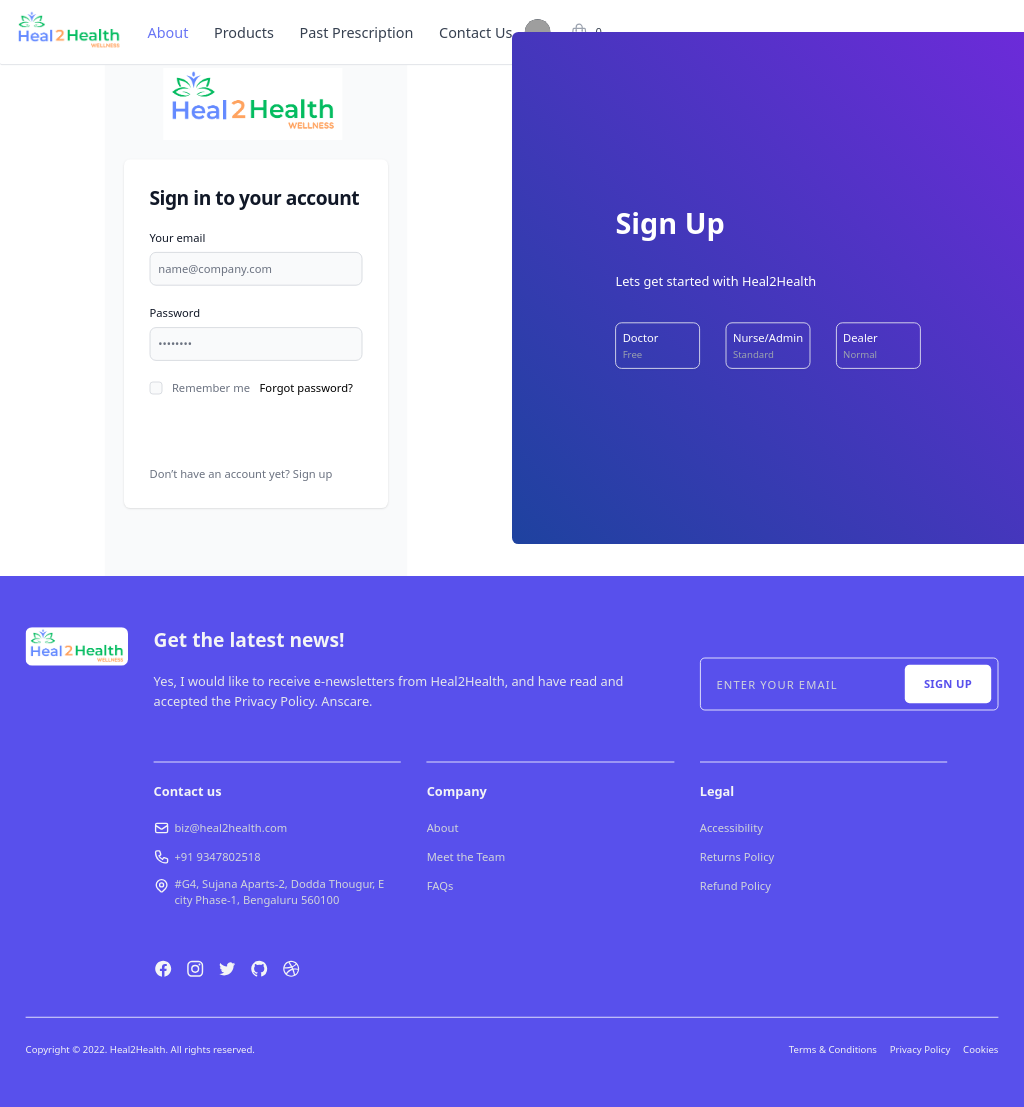
Repository: Akash123-coder/H2H
Page: /login (app in Frontend/)
An editor plug-in stored every save of this project. The page is shown before and after the next save, followed by the edit.
The browser window is 1280 px wide. The pictures show the whole page, at 80% of full size.
Pictures or frames that could not be fetched are drawn as grey boxes. The project was rebuilt for these pictures with package versions that can differ from the ones it lists, and the page was loaded fresh each time. Also part of the build but not shown: Frontend/vite.config.ts, Frontend/src/pages/About.tsx, Frontend/src/components/Cta.jsx, Frontend/src/pages/Home.jsx, Frontend/src/components/Product.tsx, Frontend/src/pages/Prescription.jsx, Frontend/src/pages/SignUp.jsx, Frontend/src/pages/CompanyNameSelect.jsx and 3 more.

Above is the page before, as saved 2022-09-30 22:22:50.

### Frontend/index.html
<!DOCTYPE html>
<html lang="en">
  <head>
    <meta charset="UTF-8" />
    <link rel="icon" type="image/svg+xml" href="/vite.svg" />
    <meta name="viewport" content="width=device-width, initial-scale=1.0" />
    <title>Heal2Health</title>
  </head>
  <body>
    <div id="root"></div>
    <script type="module" src="/src/main.tsx"></script>
  </body>
</html>

### Frontend/src/main.tsx
import React from 'react'
import ReactDOM from 'react-dom/client'
import App from './App'
import './index.css'
import {BrowserRouter} from 'react-router-dom'

ReactDOM.createRoot(document.getElementById('root') as HTMLElement).render(
  <React.StrictMode>
    <BrowserRouter>
    <App />
    </BrowserRouter>
  </React.StrictMode>
)

### Frontend/src/App.jsx
import { Routes, Route } from "react-router-dom";
import Navbar from "./components/Navbar.jsx";
import { ShoppingCartProvider } from "./context/ShoppingCartContext";
import About from "./pages/About";
import Home from "./pages/Home";
import Prescription from "./pages/Prescription";
import SignUp from "./pages/SignUp";
import Footer from "./components/Footer";
import Login from "./pages/Login";
import Cart from "./pages/Cart";
import CompanyNameSelect from "./pages/CompanyNameSelect.jsx";
import PastPrescription from "./pages/PastPrescription.jsx";

function App() {
  return (
    <ShoppingCartProvider>
      <Navbar />
      <Routes>
        <Route path="/" element={<Home />} />
        <Route path="/prescription" element={<Prescription />} />
        <Route path="/about" element={<About />} />
        <Route path="/login" element={<Login />} />
        <Route path="/SignUp" element={<SignUp />} />
        <Route path="/pastprescription" element={<PastPrescription />} />
        {/* <Route path="/SignUp" element={<CompanyNameSelect />} /> */}
      </Routes>
      <Footer />
    </ShoppingCartProvider>
  );
}

export default App;

### Frontend/src/components/Navbar.jsx
// import user from '../assets/user.png'
import { useState } from 'react'
import logo from '../assets/logo.png'
import {NavLink} from 'react-router-dom'
import { ShoppingBagIcon } from "@heroicons/react/24/outline";
import Cart from '../pages/Cart'

function Navbar() {
    const [Active, setActive] = useState(true)

    const showMenu = () =>{
        setActive(!Active)
    }

  return (
    <div>
      <nav className="bg-white border-b-2  px-2 sm:px-4  py-2.5 rounded  fixed top-0  dark:bg-gray-900 ">
        <div className="container flex flex-wrap justify-between items-center mx-auto">
          <a href="/" className="flex items-center ">
            <img
              src={logo}
              className="mr-3 h-16 lg:h-14 sm:h-12"
              alt="Flowbite Logo"
            />
          </a>
          <div className="flex items-center md:order-2">
            <NavLink
              to="/login"
              type="button"
              className="flex mr-3 text-sm bg-gray-800 rounded-full md:mr-0 focus:ring-4 focus:ring-gray-300 dark:focus:ring-gray-600"
              id="user-menu-button"
              aria-expanded="false"
              data-dropdown-toggle="user-dropdown"
              data-dropdown-placement="bottom"
            >
              <span className="sr-only">Open user menu</span>
              <img
                className="w-8 h-8 rounded-full"
                src="https://images.pexels.com/photos/614810/pexels-photo-614810.jpeg?auto=compress&cs=tinysrgb&dpr=1&w=500"
                alt="user photo"
              />
            </NavLink>
            <Cart />

            <button
              data-collapse-toggle="mobile-menu-2"
              type="button"
              className="  inlinkne-flex items-center p-2 ml-1 text-sm text-gray-500 rounded-lg md:hidden hover:bg-gray-100 focus:outlinkne-none focus:ring-2 focus:ring-gray-200 dark:text-gray-400 dark:hover:bg-gray-700 dark:focus:ring-gray-600"
              aria-controls="mobile-menu-2"
              aria-expanded="false"
            >
              <span className="sr-only">Open main menu</span>
              <svg
                className="w-6 h-6"
                aria-hidden="true"
                onClick={showMenu}
                fill="currentColor"
                viewBox="0 0 20 20"
                xmlns="http://www.w3.org/2000/svg"
              >
                <path
                  fill-rule="evenodd"
                  d="M3 5a1 1 0 011-1h12a1 1 0 110 2H4a1 1 0 01-1-1zM3 10a1 1 0 011-1h12a1 1 0 110 2H4a1 1 0 01-1-1zM3 15a1 1 0 011-1h12a1 1 0 110 2H4a1 1 0 01-1-1z"
                  clinkp-rule="evenodd"
                ></path>
              </svg>
            </button>
          </div>
          <div
            className={
              !Active
                ? " justify-between items-center w-full md:flex md:w-auto md:order-1 border-b-stone-500"
                : "hidden"
            }
            id="mobile-menu-2"
          >
            <ul className="flex flex-col p-4 mt-4  bg-gray-50 rounded-lg border border-gray-100 md:flex-row md:space-x-8 md:mt-0 md:text-sm md:font-medium md:border-0 md:bg-white dark:bg-gray-800 md:dark:bg-gray-900 dark:border-gray-700">
              <NavLink to="/">
                <a
                  className="block py-2 pr-4 pl-3 text-lg text-white bg-indigo-700 rounded md:bg-transparent md:text-indigo-700 md:p-0 dark:text-white"
                  aria-current="page "
                  onClick={showMenu}
                >
                  About
                </a>
              </NavLink>
              {/* <NavLink to="/about">
                <a
                  className="block py-2 pr-4 pl-3 text-lg text-gray-700 rounded hover:bg-gray-100 md:hover:bg-transparent md:hover:text-indigo-700 md:p-0 dark:text-gray-400 md:dark:hover:text-white dark:hover:bg-gray-700 dark:hover:text-white md:dark:hover:bg-transparent dark:border-gray-700"
                  onClick={showMenu}
                >
                  About
                </a>
              </NavLink> */}

              <NavLink to="/Prescription">
                <a
                  href="#"
                  className="block py-2 pr-4 pl-3 text-lg text-gray-700 rounded hover:bg-gray-100 md:hover:bg-transparent md:hover:text-indigo-700 md:p-0 dark:text-gray-400 md:dark:hover:text-white dark:hover:bg-gray-700 dark:hover:text-white md:dark:hover:bg-transparent dark:border-gray-700"
                  onClick={showMenu}
                >
                  Products
                </a>
              </NavLink>
              <NavLink to="/PastPrescription">
                <a
                  href="#"
                  className="block py-2 pr-4 pl-3 text-lg text-gray-700 rounded hover:bg-gray-100 md:hover:bg-transparent md:hover:text-indigo-700 md:p-0 dark:text-gray-400 md:dark:hover:text-white dark:hover:bg-gray-700 dark:hover:text-white md:dark:hover:bg-transparent dark:border-gray-700"
                  onClick={showMenu}
                  to="/pastprescription"
                >
                  Past Prescription
                </a>
              </NavLink>

              <a
                href="#contact"
                className="block py-2 pr-4 pl-3 text-lg text-gray-700 rounded hover:bg-gray-100 md:hover:bg-transparent md:hover:text-indigo-700 md:p-0 dark:text-gray-400 md:dark:hover:text-white dark:hover:bg-gray-700 dark:hover:text-white md:dark:hover:bg-transparent dark:border-gray-700"
                onClick={showMenu}
              >
                Contact Us
              </a>
            </ul>
          </div>
          <div
            className={
              "hidden justify-between  items-center w-full md:flex md:w-auto md:order-1"
            }
            id="mobile-menu-2"
          >
            <ul className="flex flex-col p-4 mt-4  bg-gray-50 rounded-lg border border-gray-100 md:flex-row md:space-x-8 md:mt-0 md:text-sm md:font-medium md:border-0 md:bg-white dark:bg-gray-800 md:dark:bg-gray-900 dark:border-gray-700">
              <NavLink to="/">
                <a
                  href="#"
                  className="block py-2 pr-4 pl-3 text-lg text-white bg-indigo-700 rounded md:bg-transparent md:text-indigo-500 md:p-0 dark:text-white"
                  aria-current="page"
                >
                  About
                </a>
              </NavLink>
              {/* <NavLink to="/about">
                <a
                  href="#"
                  className="block py-2 pr-4 pl-3 text-gray-700 rounded text-lg hover:bg-gray-100 md:hover:bg-transparent md:hover:text-indigo-700 md:p-0 dark:text-gray-400 md:dark:hover:text-white dark:hover:bg-gray-700 dark:hover:text-white md:dark:hover:bg-transparent dark:border-gray-700"
                >
                  About
                </a>
              </NavLink> */}

              <NavLink to="/prescription">
                <a
                  href="#"
                  className="block py-2 pr-4 pl-3 text-gray-700 rounded text-lg hover:bg-gray-100 md:hover:bg-transparent md:hover:text-indigo-500 md:p-0 dark:text-gray-400 md:dark:hover:text-white dark:hover:bg-gray-700 dark:hover:text-white md:dark:hover:bg-transparent dark:border-gray-700"
                >
                  Products
                </a>
              </NavLink>
              <NavLink to="/PastPrescription">
                <a
                  href="#"
                  className="block py-2 pr-4 pl-3 text-lg text-gray-700 rounded hover:bg-gray-100 md:hover:bg-transparent md:hover:text-indigo-700 md:p-0 dark:text-gray-400 md:dark:hover:text-white dark:hover:bg-gray-700 dark:hover:text-white md:dark:hover:bg-transparent dark:border-gray-700"
                  to="/pastprescription"
                >
                  Past Prescription
                </a>
              </NavLink>
              <a
                href="#contact"
                className="block py-2 pr-4 pl-3 text-gray-700 rounded text-lg hover:bg-gray-100 md:hover:bg-transparent md:hover:text-indigo-500 md:p-0 dark:text-gray-400 md:dark:hover:text-white dark:hover:bg-gray-700 dark:hover:text-white md:dark:hover:bg-transparent dark:border-gray-700"
              >
                Contact Us
              </a>
            </ul>
          </div>
        </div>
      </nav>
    </div>
  );
}

export default Navbar

### Frontend/src/context/ShoppingCartContext.tsx
import {useContext ,useState, createContext ,ReactNode} from 'react'

const ShoppingCartContext = createContext({})

type ShoppingCartProviderProps ={
    children: ReactNode
}
type CartItem = {
    id: number
    quantity:number
}


type ShoppingCartContext ={
    CartQuantity:number
    CartItems:CartItem[]
    getItemQuantity:(id: number) => number
    increaseItemQuantity:(id: number) => void
    decreaseItemQuantity:(id: number) => void
    removeFromCart:(id: number) => void
}

export function useShoppingCart() {
  return ( useContext(ShoppingCartContext)
  )
}

export function ShoppingCartProvider({children}:ShoppingCartProviderProps){
    const [cartItems ,setCartItems] = useState<CartItem>([]);

    const CartQuantity = cartItems.reduce(
        (quantity ,item) => item.quantity + quantity,0
    )

    function getItemQuantity(id : number){
        return cartItems.find( item => item.id === id)?.quantity || 0
    }
    function increaseItemQuantity(id : number){
         setCartItems(currItems =>{
            if(currItems.find(item => item.id === id)==null){
                return [...currItems, {id , quantity : 1}]

            } else {
                return currItems.map(item =>{
                    if(item.id === id ){
                        return {...item ,quantity: item.quantity + 1}
                    }else{
                        return item
                    }
                })
            }
         })
    }
    function decreaseItemQuantity(id: number) {
        setCartItems(currItems => {
          if (currItems.find(item => item.id === id)?.quantity === 1) {
            return currItems.filter(item => item.id !== id)
          } else {
            return currItems.map(item => {
              if (item.id === id) {
                return { ...item, quantity: item.quantity - 1 }
              } else {
                return item
              }
            })
          }
        })
      }
    function removeFromCart(id : number){
        setCartItems(currItems =>{
            return currItems.filter(item =>item.id!==id)
        })
    }
    return (

        <ShoppingCartContext.Provider value = {{getItemQuantity,increaseItemQuantity,decreaseItemQuantity ,removeFromCart,cartItems,CartQuantity}}>
            {children}
        </ShoppingCartContext.Provider>
    )
}

### Frontend/tailwind.config.cjs
/** @type {import('tailwindcss').Config} */
module.exports = {
  content: [
    "./src/**/*.{js,jsx,ts,tsx}",
    "node_modules/flowbite-react/**/*.{js,jsx,ts,tsx}",
  ],
  theme: {
    extend: {},
  },
  plugins: [require("flowbite/plugin"), require("@tailwindcss/forms")],
};

Loaded but not shown: Frontend/src/index.css (common file); Frontend/src/components/Footer.jsx (300 lines, source omitted); Frontend/src/pages/Login.jsx (321 lines, source omitted); Frontend/src/pages/Cart.jsx (227 lines, source omitted)

After the next save:
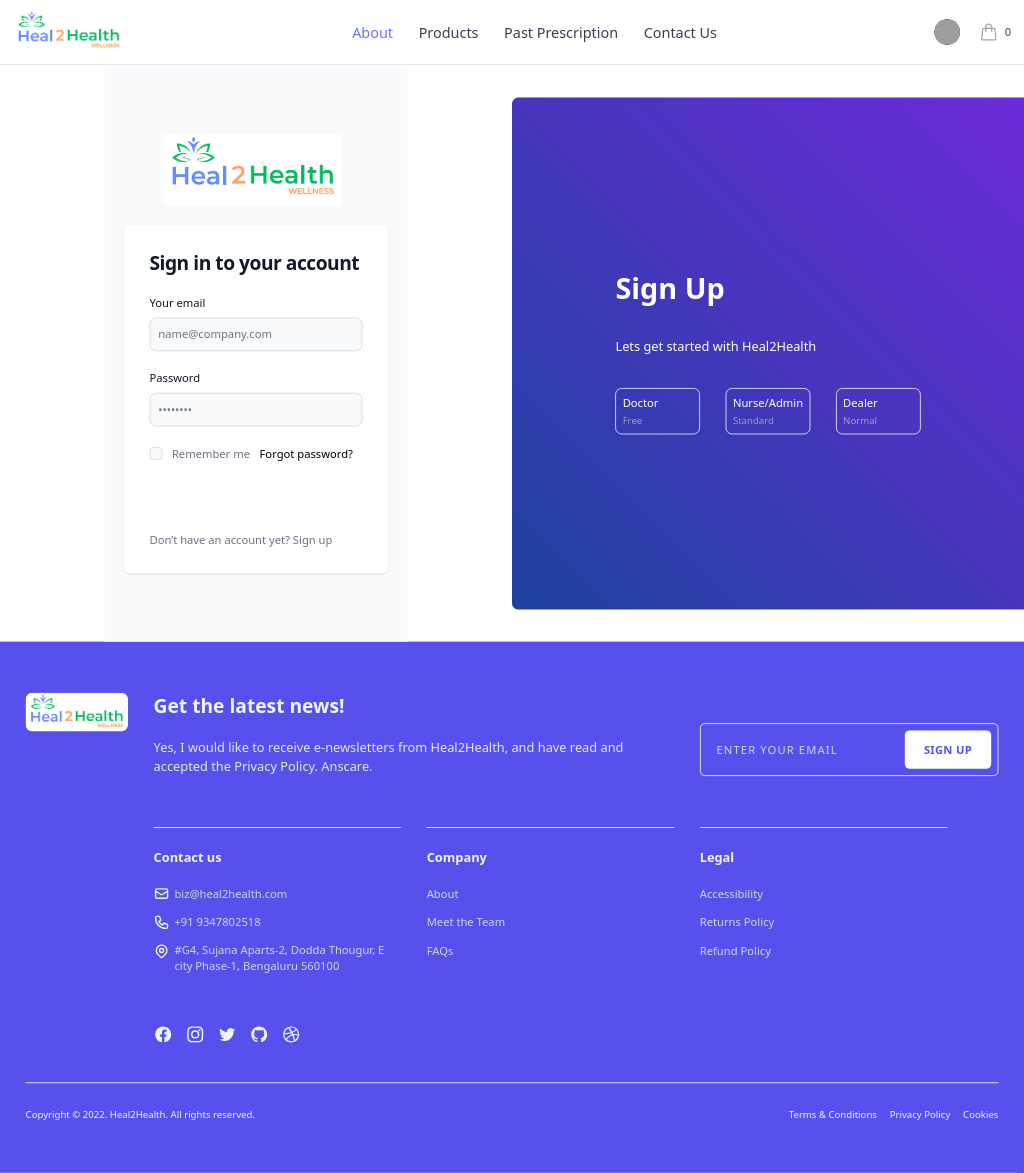
Saved 8 s later.
--- a/Frontend/src/components/Navbar.jsx
+++ b/Frontend/src/components/Navbar.jsx
@@ -14,7 +14,7 @@
 
   return (
     <div>
-      <nav className="bg-white border-b-2  px-2 sm:px-4  py-2.5 rounded  fixed top-0  dark:bg-gray-900 ">
+      <nav className="bg-white border-b-2  px-2 sm:px-4  py-2.5 rounded top-0  dark:bg-gray-900 ">
         <div className="container flex flex-wrap justify-between items-center mx-auto">
           <a href="/" className="flex items-center ">
             <img

After the save that followed:
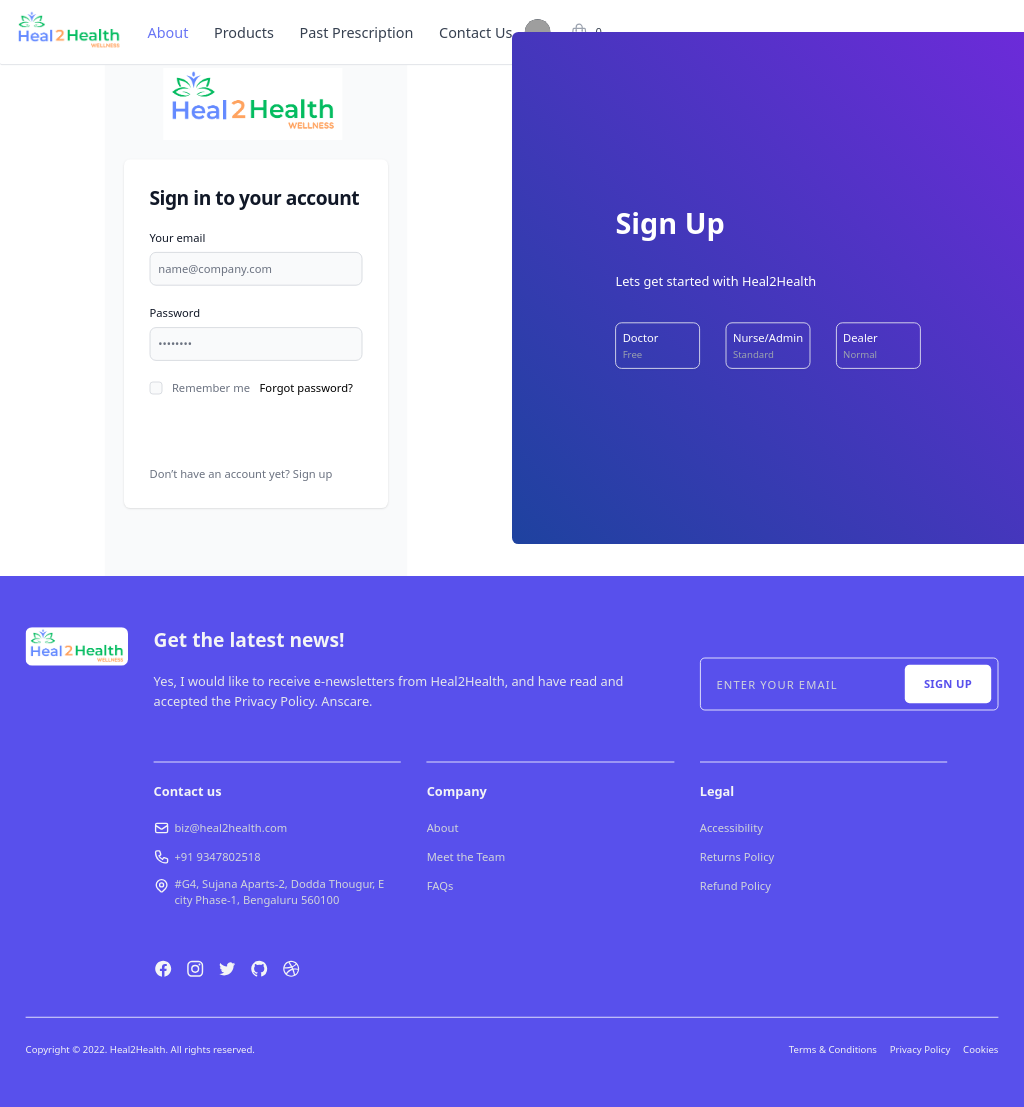
Saved 7 s later.
--- a/Frontend/src/components/Navbar.jsx
+++ b/Frontend/src/components/Navbar.jsx
@@ -13,7 +13,7 @@
     }
 
   return (
-    <div>
+    <div className='fixed'>
       <nav className="bg-white border-b-2  px-2 sm:px-4  py-2.5 rounded top-0  dark:bg-gray-900 ">
         <div className="container flex flex-wrap justify-between items-center mx-auto">
           <a href="/" className="flex items-center ">
